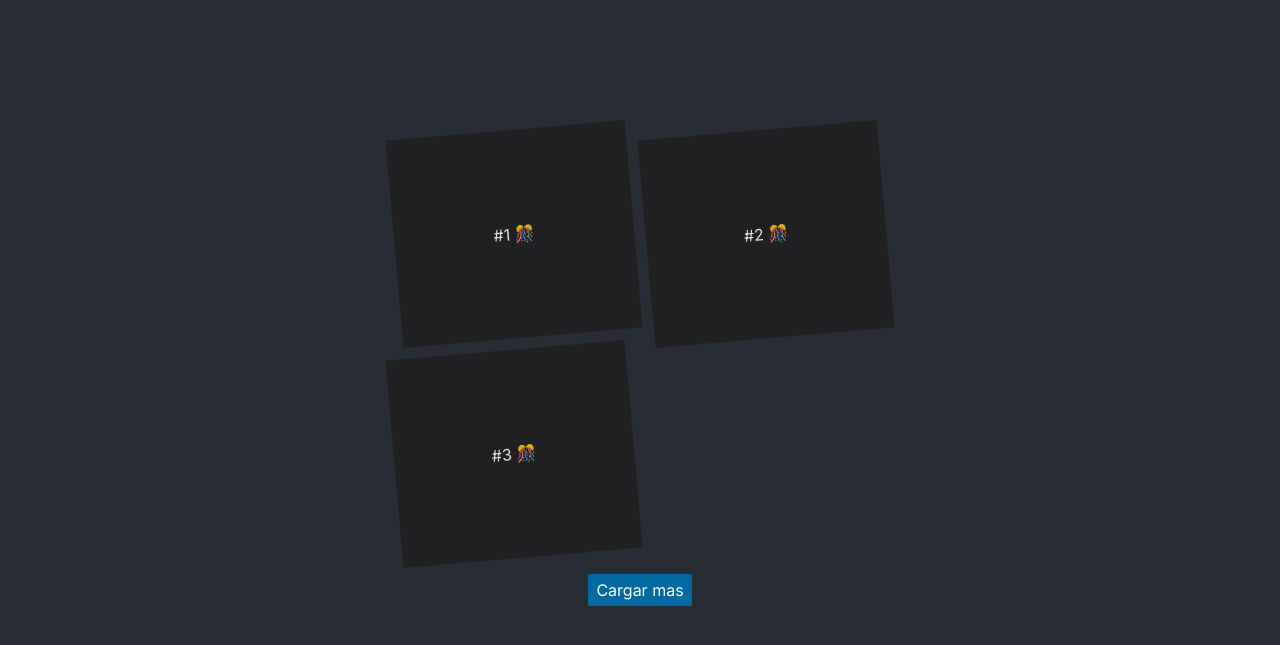
Repository: devsecops-node/simple-play
Page: /recomendations
An editor plug-in stored every save of this project. The page is shown before and after the next save, followed by the edit.
The browser window is 1280 px wide. The pictures show the whole page.
The project was rebuilt for these pictures with package versions that can differ from the ones it lists, and the page was loaded fresh each time. The framework's server and built-in components were replaced by stand-ins that run in the browser. Also part of the build but not shown: next.config.mjs.

Above is the page before, as saved 2024-06-21 19:11:42.

### src/app/recomendations/page.tsx
"use client"
import React from 'react'
import Container from '../_components/Container'
import Card from '../_components/Card'
import styles from "../_styles/cards.module.css"
import { useRef } from 'react'

export interface RecomendationUI2 {
  id: number
  recomenda: string
}

const page = () => {
  const buttonRef = useRef(null)
  const containerRef = useRef(null)
  const recom: RecomendationUI2[] = [
    { id: 1, recomenda: 'Cuando sonries, el mundo entero se detiene, es tan triste que no lo veas' },
    { id: 2, recomenda: 'Si me preguntas que si te ves bien, diria que no hay nada que cambiaria, eres increible, tal como eres' },
    { id: 3, recomenda: 'Ya deja de preocuparte, recuerda que' }]
  return (
    <Container>
      <div className={styles.container} ref={containerRef}>
        <div className={styles.cards}>
          {recom.map((dat) => (
            <Card key={dat.id} recomenda={dat} />
          ))}
        </div>

      </div>
      <button
        ref={buttonRef}
        // onMouseEnter={moving}
        className={`inline-block px-2 py-1 bg-sky-700 rounded-sm ${styles.animation_button}`}
      >
        Cargar mas
      </button>
    </Container>
  )
}

export default page

### src/app/globals.css
@tailwind base;
@tailwind components;
@tailwind utilities;

:root {
  --foreground-rgb: 0, 0, 0;
  --background-start-rgb: 214, 219, 220;
  --background-end-rgb: 255, 255, 255;
}

@media (prefers-color-scheme: dark) {
  :root {
    --foreground-rgb: 255, 255, 255;
    --background-start-rgb: 0, 0, 0;
    --background-end-rgb: 0, 0, 0;
  }
}

body {
  color: rgb(var(--foreground-rgb));
  background: linear-gradient(to bottom,
      transparent,
      rgb(var(--background-end-rgb))) rgb(var(--background-start-rgb));
}

@layer utilities {
  .text-balance {
    text-wrap: balance;
  }
}

input {
  color: black;
  padding: 3px 5px;
  border-radius: 0.125rem;
  -webkit-border-radius: 0.125rem;
  -moz-border-radius: 0.125rem;
  -ms-border-radius: 0.125rem;
  -o-border-radius: 0.125rem;
  font-size: 15px;
  border: none;
}

input[type=text]:focus {
  outline: 2px solid #0284c7;
}
/* Resource for Card */

### src/app/_components/Container.tsx
import React from 'react'

const Container = ({ children }: { children: React.ReactNode }) => {
  return (
    <div className='bg-[#282c34] h-screen text-white flex flex-col items-center justify-center'>
      {children}
    </div>
  )
}

export default Container

### src/app/_components/Card.tsx
"use client"
import React, { useState } from 'react'
import styles from "../_styles/cards.module.css"
import { RecomendationUI2 } from '../recomendations/page'

// h-[120px] w-[200px] cursor-pointer p-4 rounded-md bg-white shadow-md text-black transition-all duration-150 hover:scale-105
const Card = ({ recomenda }: { recomenda: RecomendationUI2 }) => {
  const [status, setStatus] = useState(false)
  return (
    <div className={styles.card} onMouseEnter={() => setStatus(true)} onMouseLeave={() => setStatus(false)}>
      <h2 className={styles.card_title}>#{recomenda.id} 🎊</h2>
      {status ? (<p className={styles.texto}>{recomenda.recomenda}</p>) : null}
    </div>
  )
}

export default Card

### src/app/_styles/cards.module.css
.container {
  width: 100%;
  padding: 1rem 0;
  display: grid;
  place-content: center;

  .cards {
    display: grid;
    grid-template-columns: repeat(2, 1fr);
    gap: 0.75rem;
    pointer-events: none;
  }
}

.card {
  height: 13rem;
  width: 15rem;
  color: #ffffffda;
  padding: 1.5rem;
  background-color: #202022;
  pointer-events: auto;
  opacity: 1;
  transition: all 0.5s ease-in-out;
  display: flex;
  justify-items: center;
  align-items: center;
  flex-direction: column;
  -webkit-transition: all 0.5s ease-in-out;
  -moz-transition: all 0.5s ease-in-out;
  -ms-transition: all 0.5s ease-in-out;
  -o-transition: all 0.5s ease-in-out;
  transform: rotate(-5deg);
}
@media(max-width:720px){
  .card{
    min-height: 8rem;
    width: 10rem;
    overflow-y: scroll;
  }
  .texto{
    letter-spacing: -0.05em;
    font-size: 12px;
  }
}

.card:hover {
  transform: scale(1.2);
  -webkit-transform: scale(1.2);
  -moz-transform: scale(1.2);
  -ms-transform: scale(1.2);
  -o-transform: scale(1.2);
  border: 1px solid wheat;
  z-index: 10;
}
.card_title{
  margin: auto 0;
}
.animation_button {
  transition: transform 0.3s ease-in-out;
}

Loaded but not shown: src/app/layout.tsx (common file); tailwind.config.ts (common file)

After the next save:
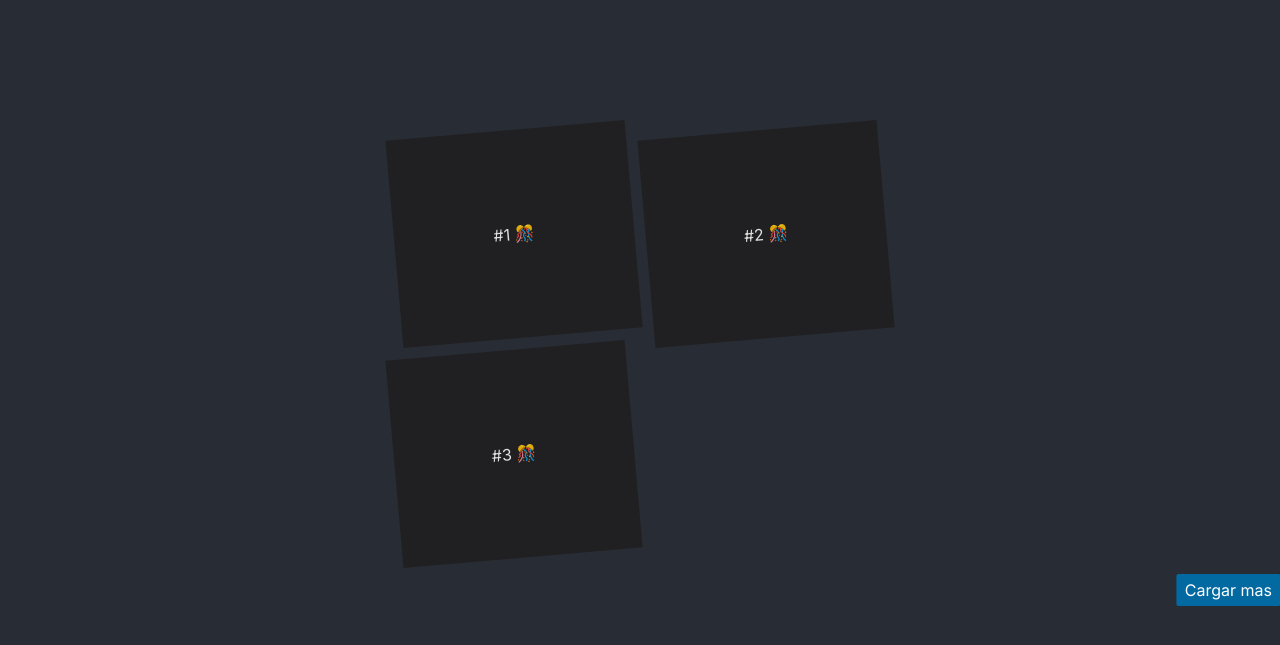
Saved 18 s later.
--- a/src/app/_styles/cards.module.css
+++ b/src/app/_styles/cards.module.css
@@ -56,5 +56,5 @@
   margin: auto 0;
 }
 .animation_button {
-  transition: transform 0.3s ease-in-out;
+  transform: translateX(calc((100vw - 100%) * 0.5));
 }
